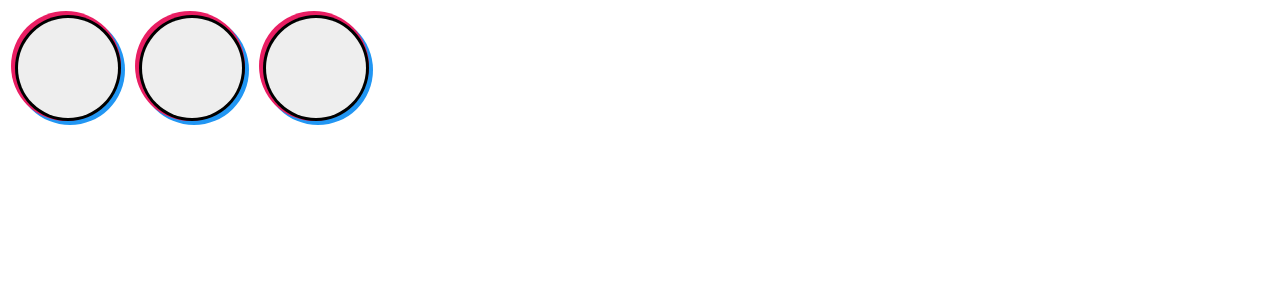
Repository: Body789/CSS_ELZERO
Page: Assignments/Assigmennt_10/Assignment_1/index.html
An editor plug-in stored every save of this project. The page is shown before and after the next save, followed by the edit.
The browser window is 1280 px wide. The pictures show the whole page.

Above is the page before, as saved 2022-09-18 00:26:25.

### Assignments/Assigmennt_10/Assignment_1/index.html
<!DOCTYPE html>
<html lang="en">
<head>
  <meta charset="UTF-8">
  <title>Ass_10_1</title>
  <link rel="stylesheet" href="Css/style.css">
</head>
<body>
  <div></div>
  <div></div>
  <div></div>
</body>
</html>

### Assignments/Assigmennt_10/Assignment_1/Css/style.css
div {
  box-shadow: 0px 0px 0px 3px black, -2px -2px 0px 5px #e91e63, 2px 2px 0px 5px #2196f3;
  width: 100px;
  height: 100px;
  display: inline-block;
  background-color: #eee;
  border-radius: 50px;
  margin: 10px;
}

After the next save:
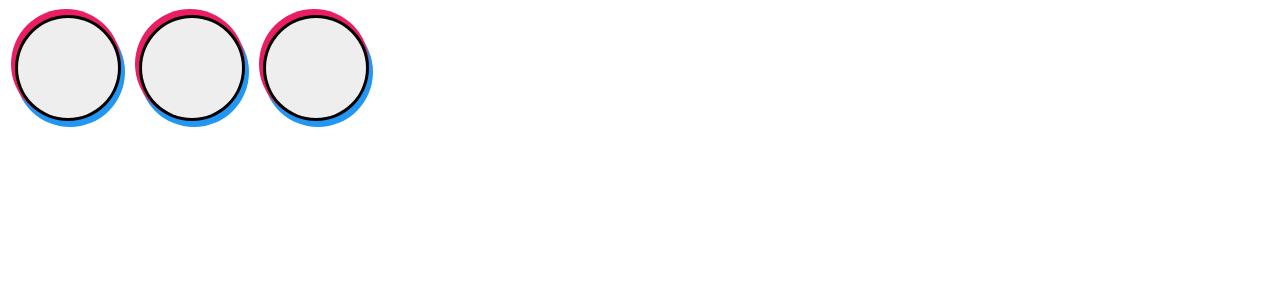
Saved 58 s later.
--- a/Assignments/Assigmennt_10/Assignment_1/Css/style.css
+++ b/Assignments/Assigmennt_10/Assignment_1/Css/style.css
@@ -1,5 +1,8 @@
 div {
-  box-shadow: 0px 0px 0px 3px black, -2px -2px 0px 5px #e91e63, 2px 2px 0px 5px #2196f3;
+  box-shadow:
+    0px 0px 0px 3px black,
+    -2px -4px 0px 5px #e91e63,
+    2px 4px 0px 5px #2196f3;
   width: 100px;
   height: 100px;
   display: inline-block;
